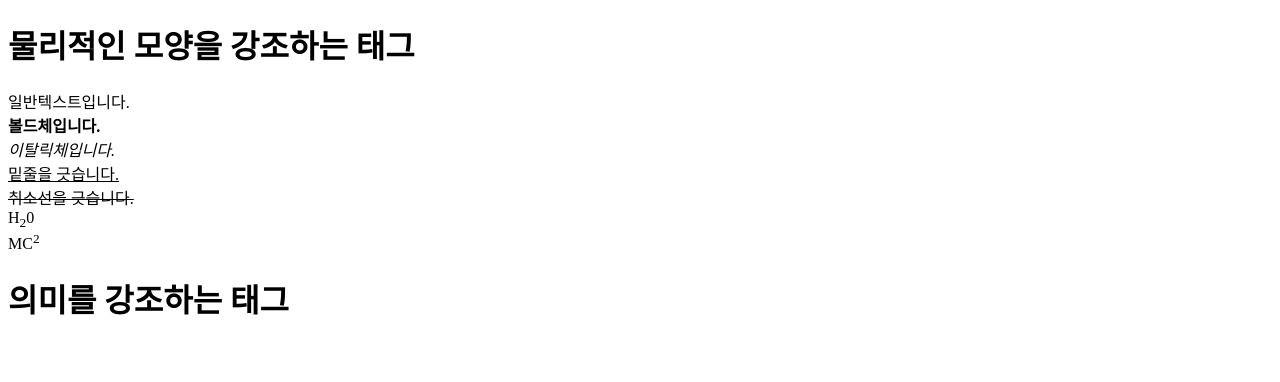
Repository: zzzzzzin/Client
Page: ClientTest/src/main/webapp/html/ex10_style.html
An editor plug-in stored every save of this project. The page is shown before and after the next save, followed by the edit.
The browser window is 1280 px wide. The pictures show the whole page.

Above is the page before, as saved 2024-03-13 01:14:10.

After the next save:
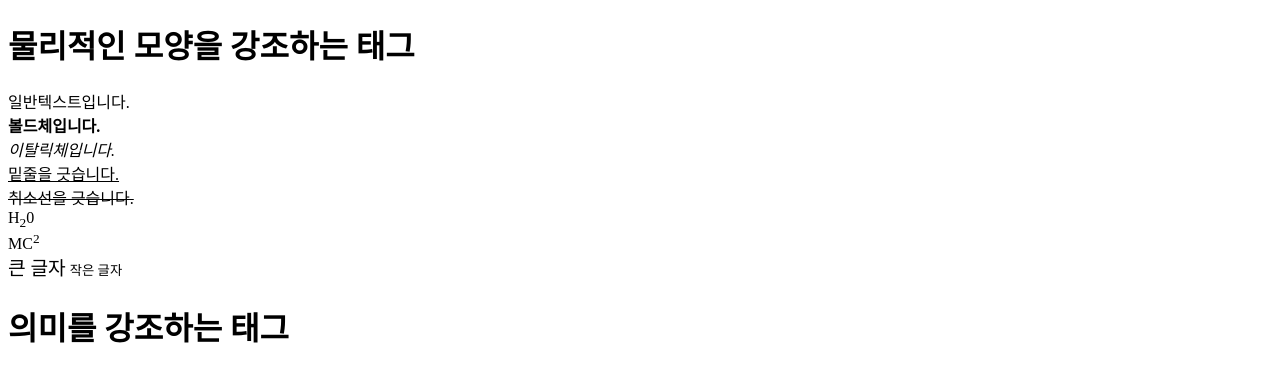
Saved 43 s later.
--- a/ClientTest/src/main/webapp/html/ex10_style.html
+++ b/ClientTest/src/main/webapp/html/ex10_style.html
@@ -11,9 +11,10 @@
 	<i>이탈릭체입니다.</i><br>
 	<u>밑줄을 긋습니다.</u><br>
 	<strike>취소선을 긋습니다.</strike><br>
-	H<sub>2</sub>0<br>
-	MC<sup>2</sup><br>
-
+	H<sub>2</sub>0<br><!-- 밑첨자 -->
+	MC<sup>2</sup><br><!-- 윗첨자 -->
+	<big>큰 글자</big>
+	<small>작은 글자</small>
 
 
 	<h1>의미를 강조하는 태그</h1>
